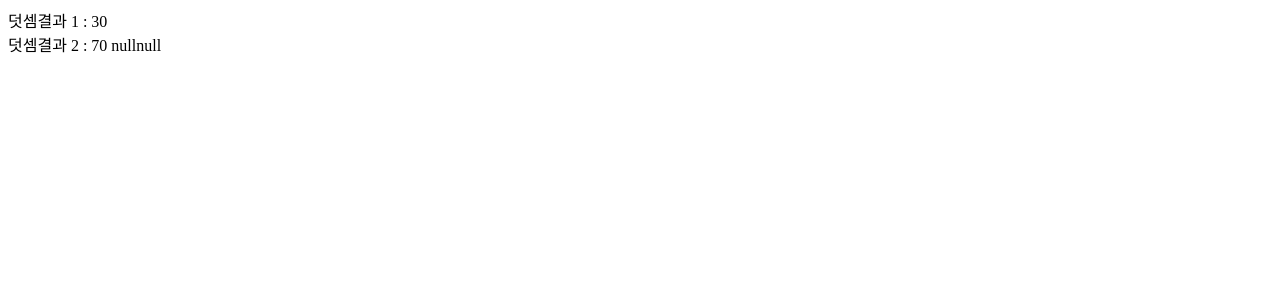
Repository: jwjb1020/Java_tomcat_jsp
Page: http://localhost/MustHaveJSP1/01DirectiveScript/ScriotElements1_1.jsp
The author's editor kept a copy of each file at every save. The page is drawn from the files as they stood at one save, then again after the next save.
The browser window is 1280 px wide. The pictures show the whole page.
The page is served by Tomcat 9.

Above is the page before, as saved 2023-05-11 08:54:40.

After the next save:
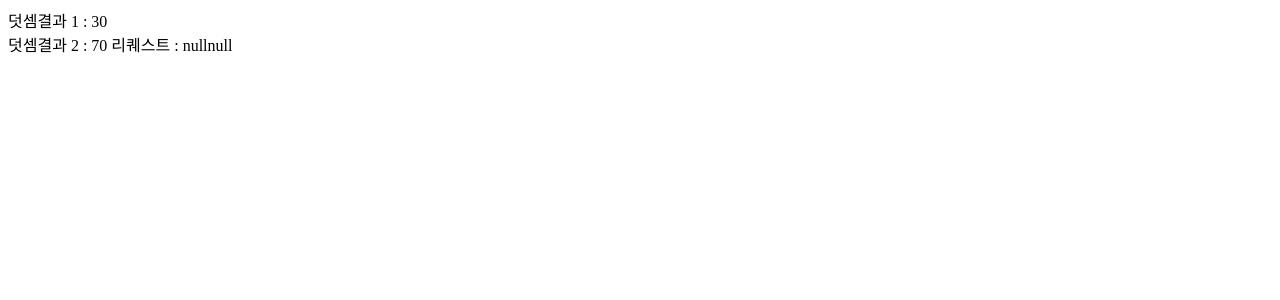
Saved 2 min 33 s later.
--- a/MustHaveJSP1/src/main/webapp/01DirectiveScript/ScriotElements1_1.jsp
+++ b/MustHaveJSP1/src/main/webapp/01DirectiveScript/ScriotElements1_1.jsp
@@ -20,7 +20,7 @@
 
 	덧셈결과 1 : <%=result%><br />
 	덧셈결과 2 : <%=add(30, 40)%>
-	<%= n1 + n2 %>
+	리퀘스트 : <%= n1 + n2 %>
 
 
 
